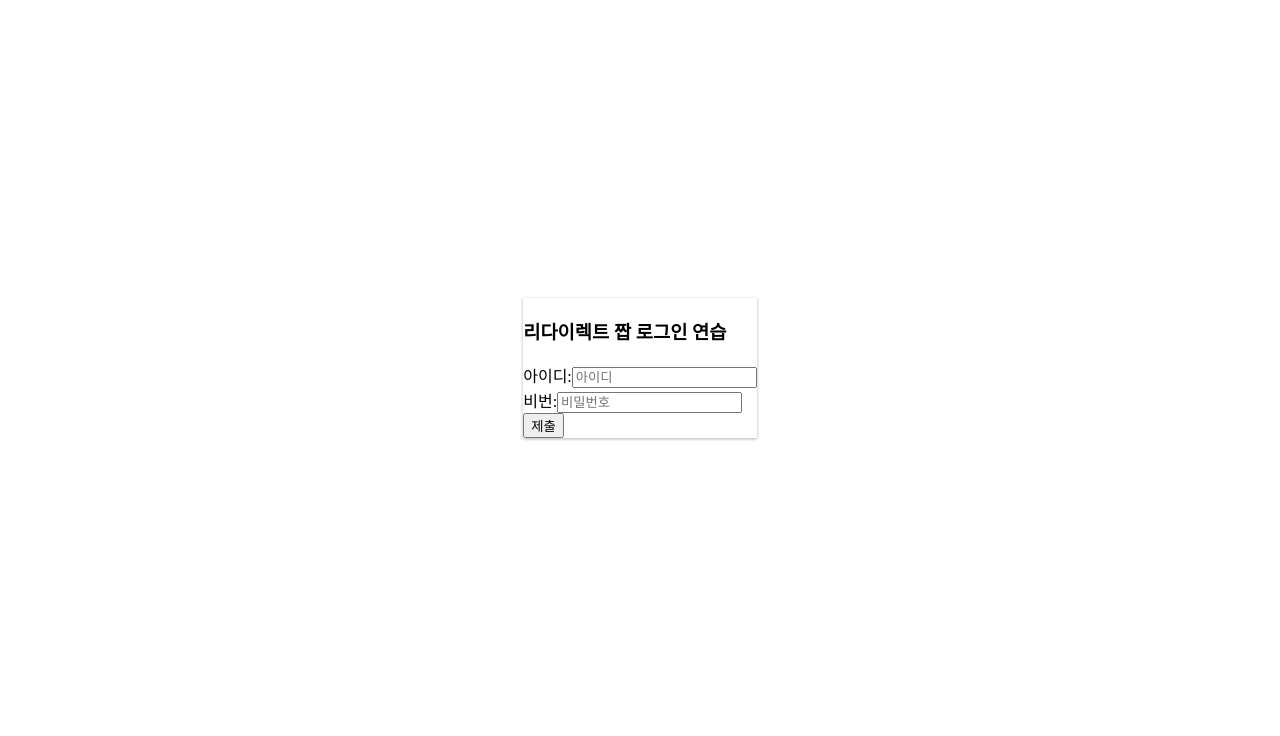
Repository: Muji1412/JSPstudy
Page: http://localhost/JSPbasic/response/Quiz01.jsp
The author's editor kept a copy of each file at every save. The page is drawn from the files as they stood at one save, then again after the next save.
The browser window is 1280 px wide. The pictures show the whole page.
The page is served by Tomcat 9. Other server files are loaded and not shown.

Above is the page before, as saved 2025-02-20 05:41:20.

### workspace/JSPbasic/src/main/webapp/response/Quiz01.jsp
<%@ page language="java" contentType="text/html; charset=UTF-8"
    pageEncoding="UTF-8"%>
<!DOCTYPE html>
<html>
<head>
<meta charset="UTF-8">
<title>Insert title here</title>
<style type="text/css">
body {}
	.wrap{
		height: 100vh;
		display: flex;
		justify-content: center;
		align-items:center;

	}

	.box{
		box-shadow: 0 1px 3px rgba(0,0,0,0.3)
	}
</style>
</head>
<body>
	<!--
	css를 적용할때는, class or id 속성을 자주 사용한다.
	내부 스타일 시트 방법으로 선택자를 이용해서 디자인
	 -->

	<div class="wrap">


		<form action="quiz01_result.jsp" method="post" class="box">
			<h3>리다이렉트 짭 로그인 연습</h3>
			아이디:<input type = "text" name= "id" placeholder="아이디"><br>
			비번:<input type = "text" name= "pw" placeholder = "비밀번호"><br>
			<input type = "submit" value= "제출">
		</form>
	</div>

</body>
</html>

After the next save:
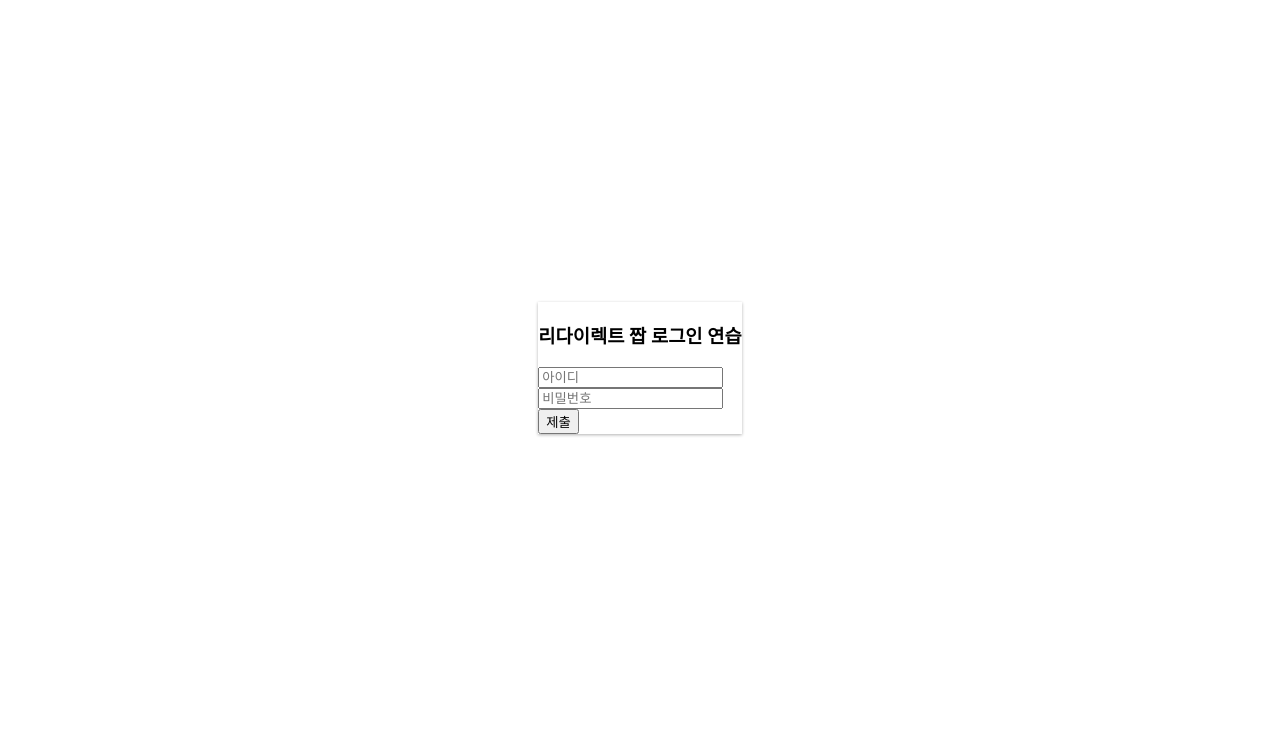
Saved 12 s later.
--- a/workspace/JSPbasic/src/main/webapp/response/Quiz01.jsp
+++ b/workspace/JSPbasic/src/main/webapp/response/Quiz01.jsp
@@ -31,8 +31,8 @@
 
 		<form action="quiz01_result.jsp" method="post" class="box">
 			<h3>리다이렉트 짭 로그인 연습</h3>
-			아이디:<input type = "text" name= "id" placeholder="아이디"><br>
-			비번:<input type = "text" name= "pw" placeholder = "비밀번호"><br>
+			<input type = "text" name= "id" placeholder="아이디"><br>
+			<input type = "text" name= "pw" placeholder = "비밀번호"><br>
 			<input type = "submit" value= "제출">
 		</form>
 	</div>
